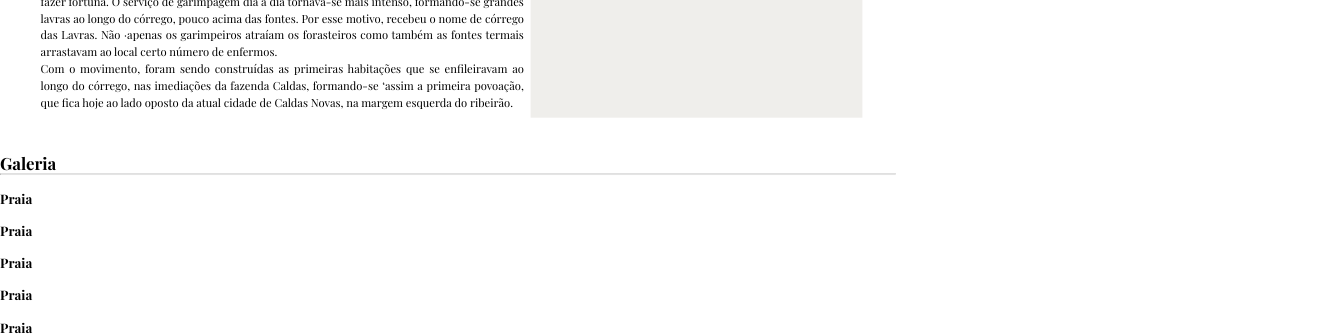
Repository: AbiezerSidonioJoseOdanacaJunior/DesafioLocalTuristico
Page: index.html
The author's editor kept a copy of each file at every save. The page is drawn from the files as they stood at one save, then again after the next save.
The browser window is 1280 px wide. The page is 1280 px wide, then 1920 px, so the pictures cover 1920 px, including what lies to the right of the window. The pictures show the part of the page from y = 843 to 2123 px (the page is 1323 px tall before and 5535 px after), at 70% of full size.
Some web fonts or font styles are not loaded; a fallback is used.

Above is the page before, as saved 2024-11-11 16:45:34.

After the next save:
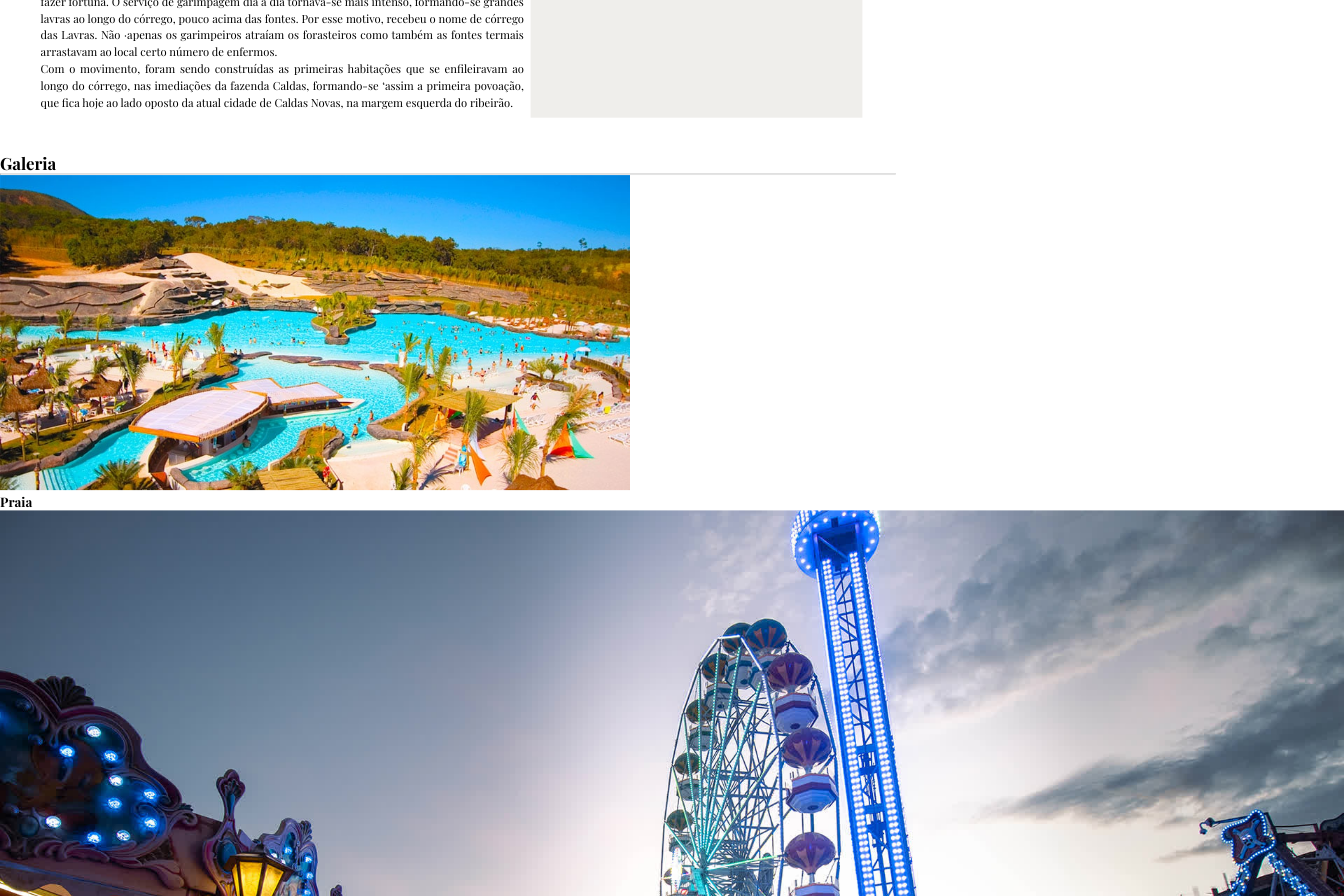
Saved 5 min 42 s later.
--- a/index.html
+++ b/index.html
@@ -51,25 +51,30 @@
                 <h2>Galeria</h2>
                 <hr>
                 <div class="fotos">
-                    <img src="" alt="">
+                    <img src="./img/foto1.jpg" alt=" foto caldas">
                     <h3>Praia</h3>
                 </div>
                 <div class="fotos">
-                    <img src="" alt="">
+                    <img src="./img/foto2.jpg" alt=" foto caldas">
                     <h3>Praia</h3>
                 </div>
                 <div class="fotos">
-                    <img src="" alt="">
+                    <img src="./img/foto3.jpg" alt=" foto caldas">
                     <h3>Praia</h3>
                 </div>
                 <div class="fotos">
-                    <img src="" alt="">
+                    <img src="./img/foto4.jpg" alt=" foto caldas">
                     <h3>Praia</h3>
                 </div>
                 <div class="fotos">
-                    <img src="" alt="">
+                    <img src="./img/foto5.jpg" alt=" foto caldas">
                     <h3>Praia</h3>
                 </div>
+                <div class="fotos">
+                    <img src="./img/foto6.jpg" alt=" foto caldas">
+                    <h3>Praia</h3>
+                </div>
+
             </section>
         </main>
     </div>
